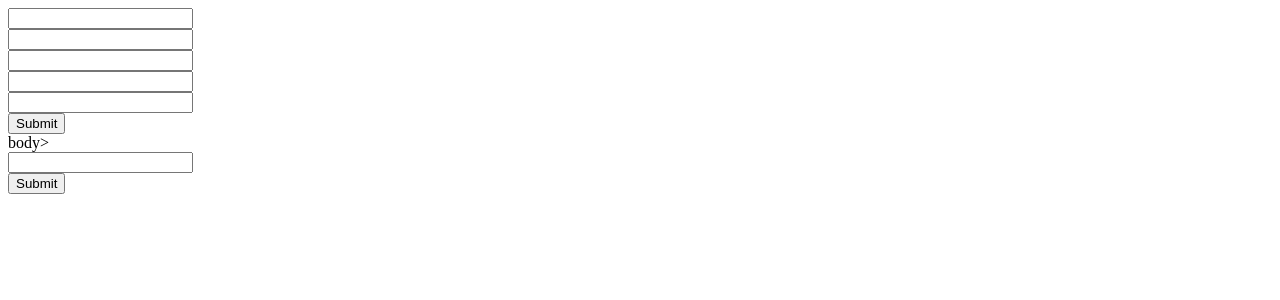
Repository: daniraja/learn-ng
Page: http://localhost/register/pages/home.jsp
The author's editor kept a copy of each file at every save. The page is drawn from the files as they stood at one save, then again after the next save.
The browser window is 1280 px wide. The pictures show the whole page.
The page is served by Tomcat 9. Other server files are loaded and not shown.

Above is the page before, as saved 2021-09-11 23:36:24.

### regis/register/src/main/webapp/pages/home.jsp
<%@ page language="java" contentType="text/html; charset=ISO-8859-1"
    pageEncoding="ISO-8859-1"%>
<!DOCTYPE html PUBLIC "-//W3C//DTD HTML 4.01 Transitional//EN" "http://www.w3.org/TR/html4/loose.dtd">
<html>
<head>
<meta http-equiv="Content-Type" content="text/html; charset=ISO-8859-1">
<title>Register</title>
</head>
<body>
	<form action="add">
	<input type="text" name= "id"><br>
	<input type="text" name= "firstname"><br>
	<input type="text" name= "lastname"><br>
	<input type="text" name= "email"><br>
	<input type="text" name= "phone"><br>
	<input type="submit"></form>

	body>
	<form action="get">
	<input type="text" name= "id"><br>
	<input type="submit"></form>
</body>
</html>

After the next save:
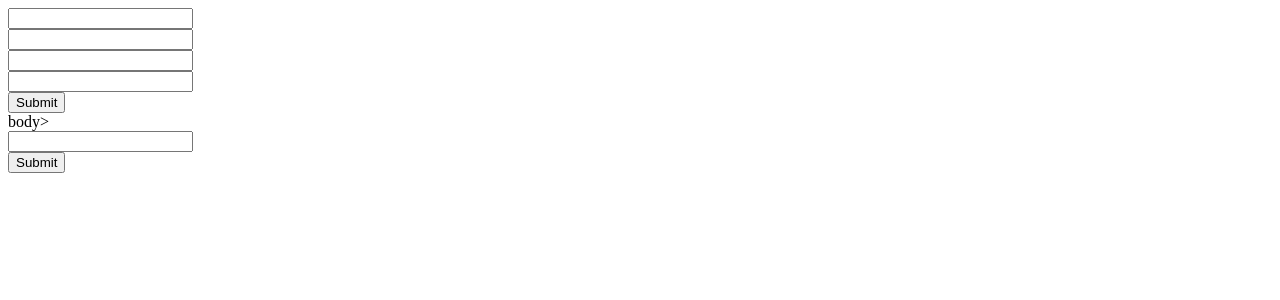
Saved 6 s later.
--- a/regis/register/src/main/webapp/pages/home.jsp
+++ b/regis/register/src/main/webapp/pages/home.jsp
@@ -8,7 +8,6 @@
 </head>
 <body>
 	<form action="add">
-	<input type="text" name= "id"><br>
 	<input type="text" name= "firstname"><br>
 	<input type="text" name= "lastname"><br>
 	<input type="text" name= "email"><br>
